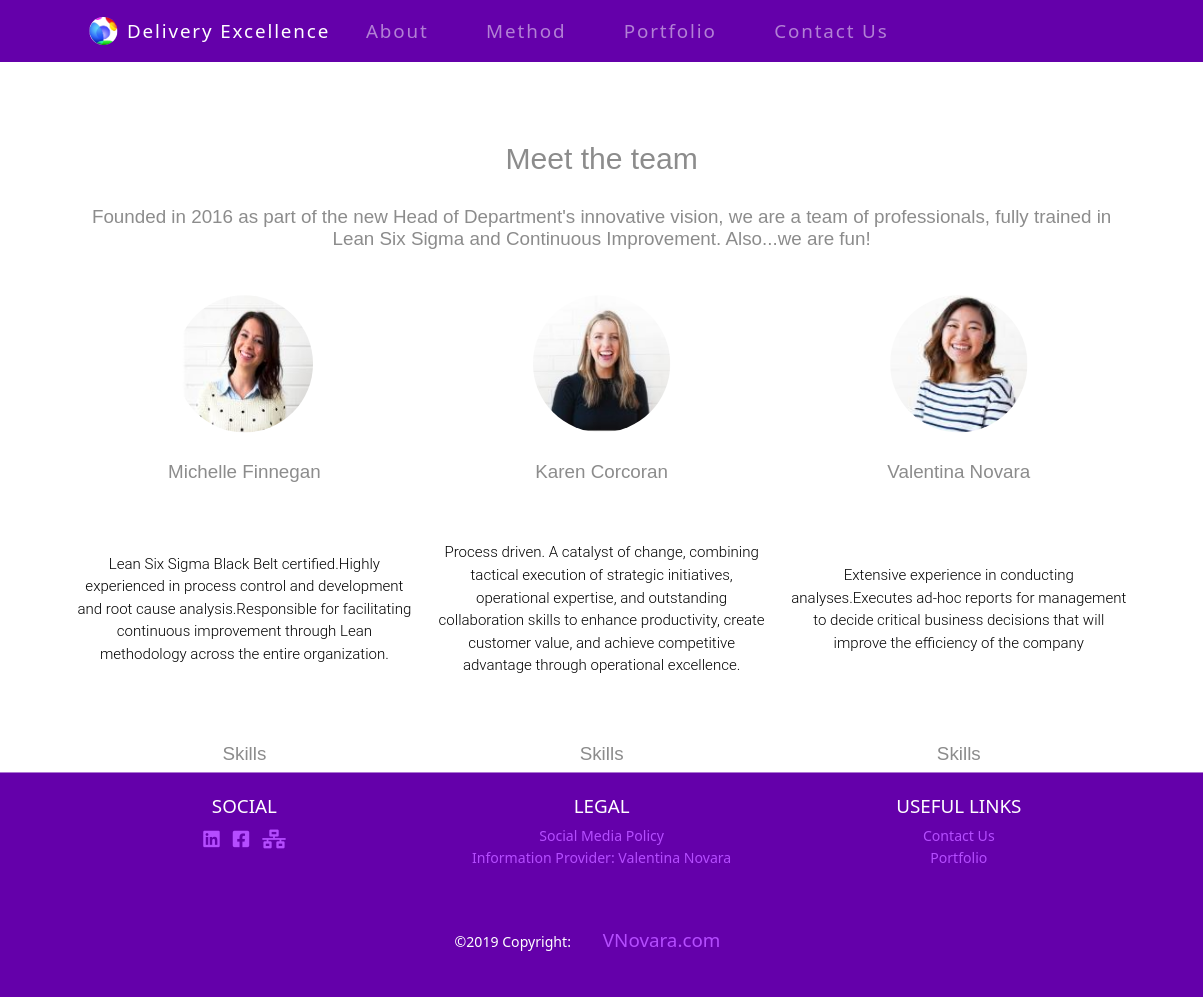
Repository: valenovi76/DeliveryExcellence
Page: team.html
The author's editor kept a record of every edit. The page is drawn from the files as they stood at one moment, then again after the next edit.
The browser window is 1280 px wide. The pictures show the whole page, at 94% of full size.
Some web libraries are served in a nearby version.

Above is the page before.
Console error: ReferenceError: google is not defined

After the next edit:
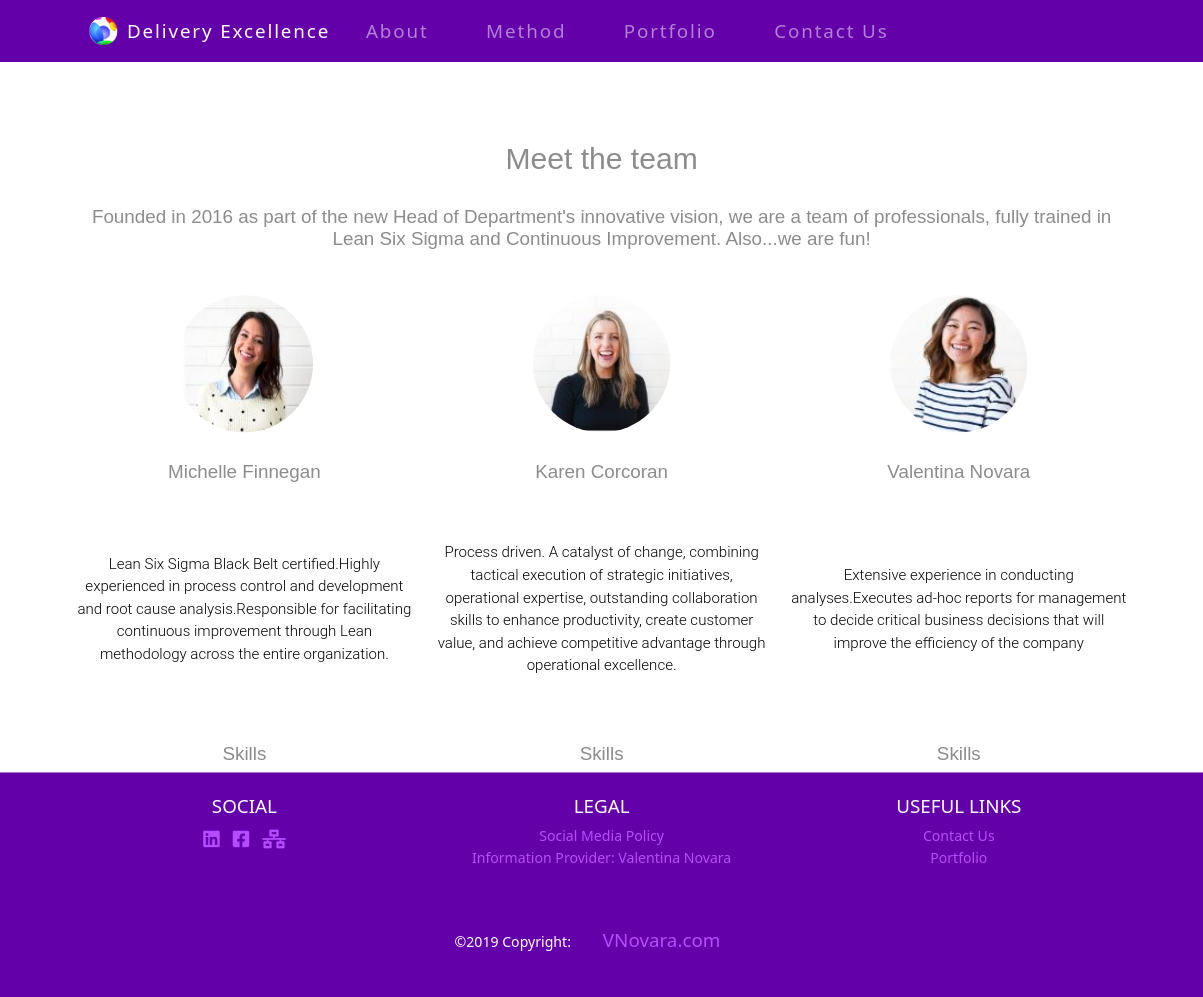
The edit:
--- a/team.html
+++ b/team.html
@@ -84,7 +84,7 @@
                     </div>
                     <div class="row bio">
                         <h4 class="team-member-name">Karen Corcoran</h4>
-                        <p class="team-p"> Process driven. A catalyst of change, combining tactical execution of strategic initiatives, operational expertise, and outstanding collaboration skills to enhance productivity, create customer value, and achieve competitive advantage through operational excellence. </p>
+                        <p class="team-p"> Process driven. A catalyst of change, combining tactical execution of strategic initiatives, operational expertise, outstanding collaboration skills to enhance productivity, create customer value, and achieve competitive advantage through operational excellence. </p>
                     </div>
                     <div class="row pie-title">
                         <h4>Skills</h4>
